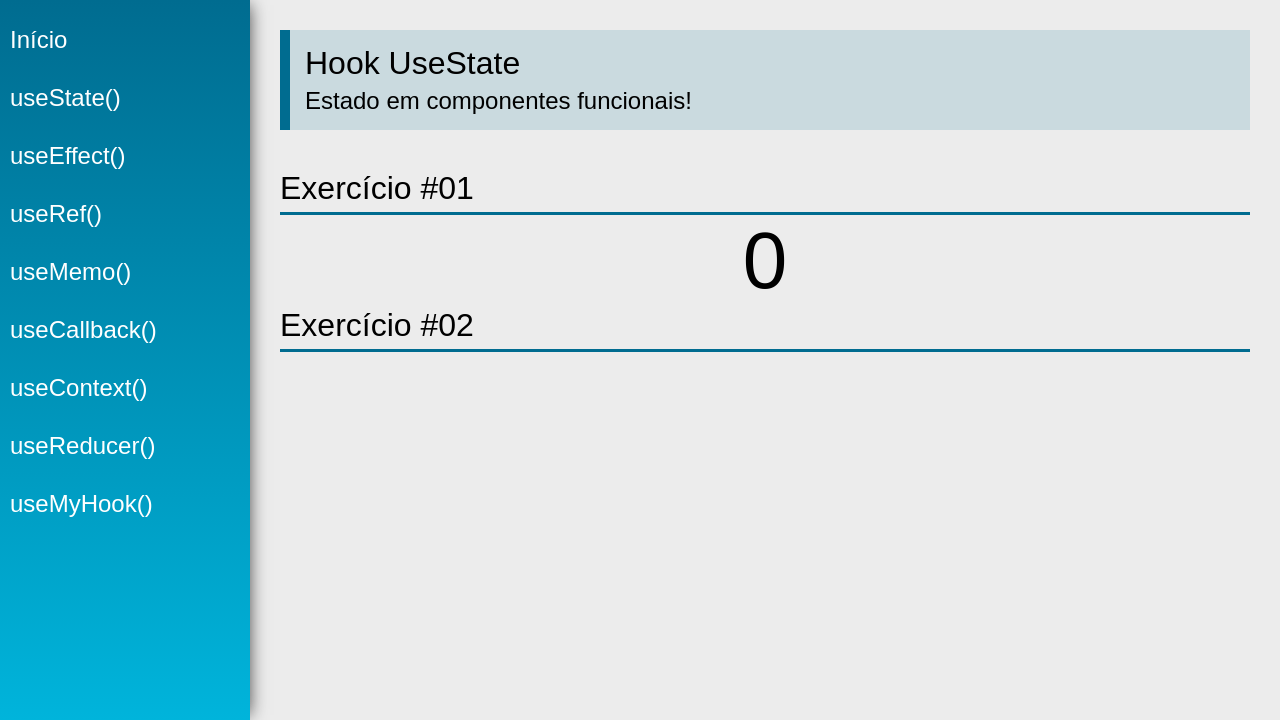
Repository: jean-siqueira/react-hoocks
Page: /useState
These files come from the project's save history. The page is drawn as it stood at one moment and after the next save; the edit follows.
The browser window is 1280 px wide. The pictures show the whole page.
The project was rebuilt for these pictures with package versions that can differ from the ones it lists, and the page was loaded fresh each time. Also part of the build but not shown: src/views/examples/Home.jsx, src/views/examples/NotFound.jsx, src/views/examples/UseEffect.jsx, src/views/examples/UseRef.jsx, src/views/examples/UseCallback.jsx, src/views/examples/UseMemo.jsx, src/views/examples/UseContext.jsx, src/views/examples/UseReducer.jsx and 1 more.

Above is the page before, as saved 2023-04-01 09:29:48.

After the next save:
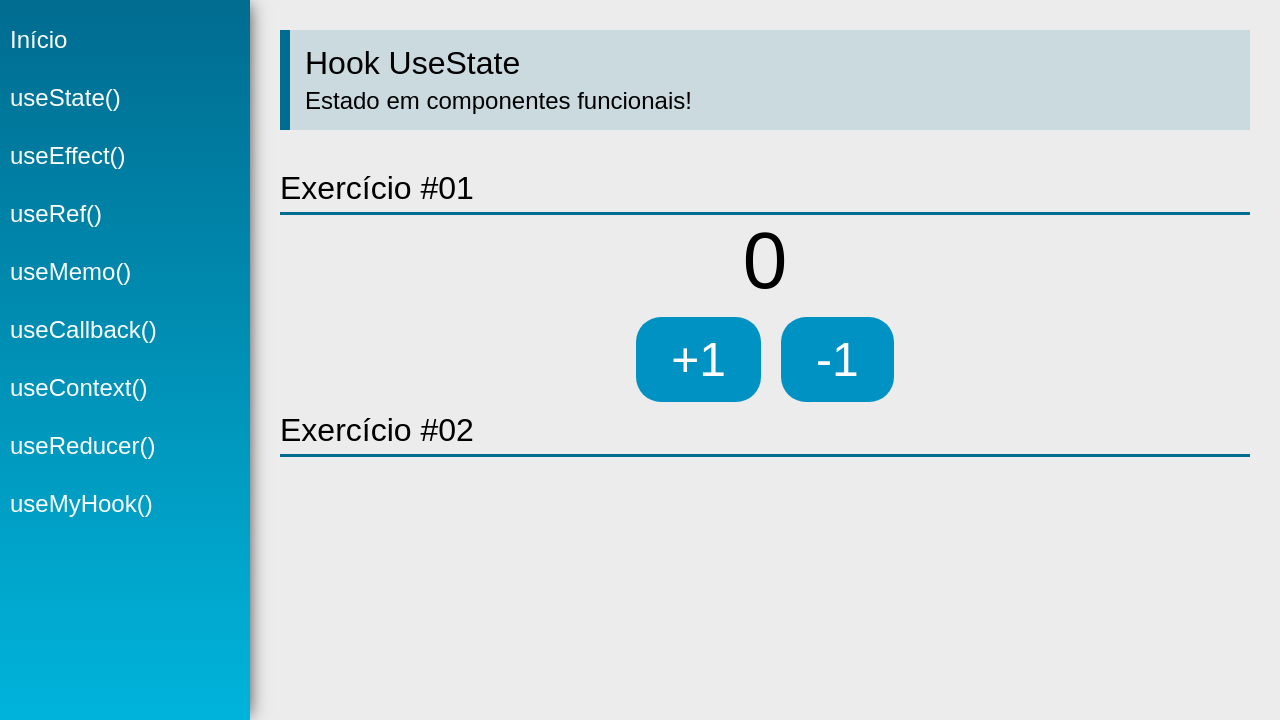
Saved 71 s later.
--- a/src/views/examples/UseState.jsx
+++ b/src/views/examples/UseState.jsx
@@ -15,6 +15,10 @@ const UseState = (props) => {
             <SectionTitle title="Exercício #01" />
             <div className="center">
                 <span className="text">{count}</span>
+                <div>
+                    <button className="btn">+1</button>
+                    <button className="btn">-1</button>
+                </div>
             </div>
 
             <SectionTitle title="Exercício #02" />
